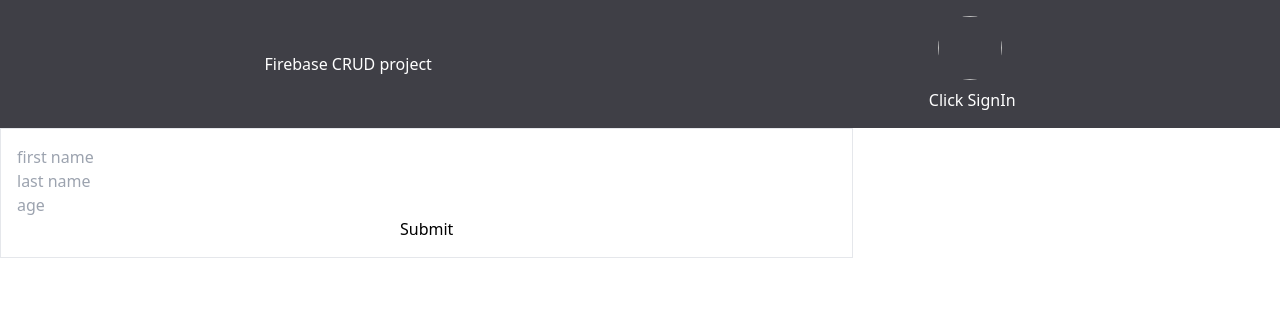
Repository: Semanmernstack/firebase-crud
Page: /
The author's editor kept a copy of each file at every save. The page is drawn from the files as they stood at one save, then again after the next save.
The browser window is 1280 px wide. The pictures show the whole page.
The project was rebuilt for these pictures with package versions that can differ from the ones it lists, and the page was loaded fresh each time.

Above is the page before, as saved 2023-03-17 02:02:36.

After the next save:
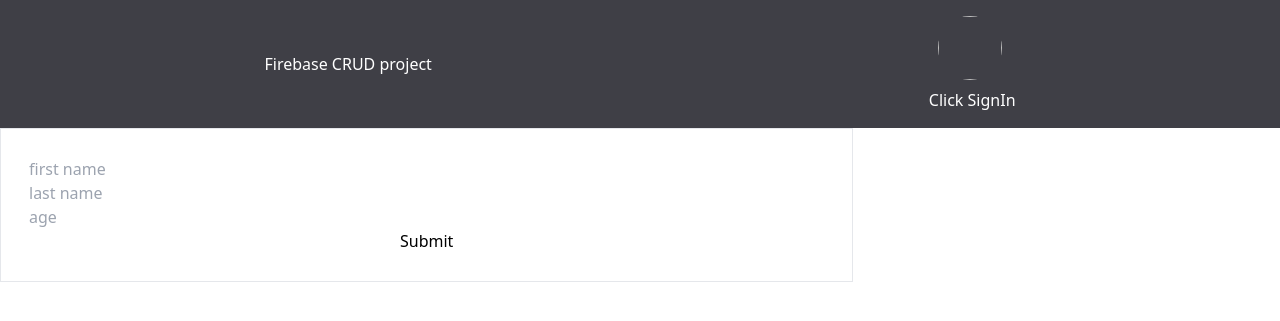
Saved 17 s later.
--- a/src/components/Body.js
+++ b/src/components/Body.js
@@ -9,8 +9,8 @@ function Body() {
     } = useForm();
     const onSubmit = data => console.log(data);
   return (
-    <div className="p-3 text-black flex flex-col w-2/3 border p-4">
-        <form className='flex flex-col' onSubmit={handleSubmit(onSubmit)}>
+    <div className="p-3 text-black flex flex-col w-2/3 border">
+        <form className='flex flex-col p-4' onSubmit={handleSubmit(onSubmit)}>
             <input placeholder='first name'  {...register('firstName')} />
             <input placeholder='last name' {...register('lastName', { required: true })} />
             {errors.lastName && <p>Last name is required.</p>}
